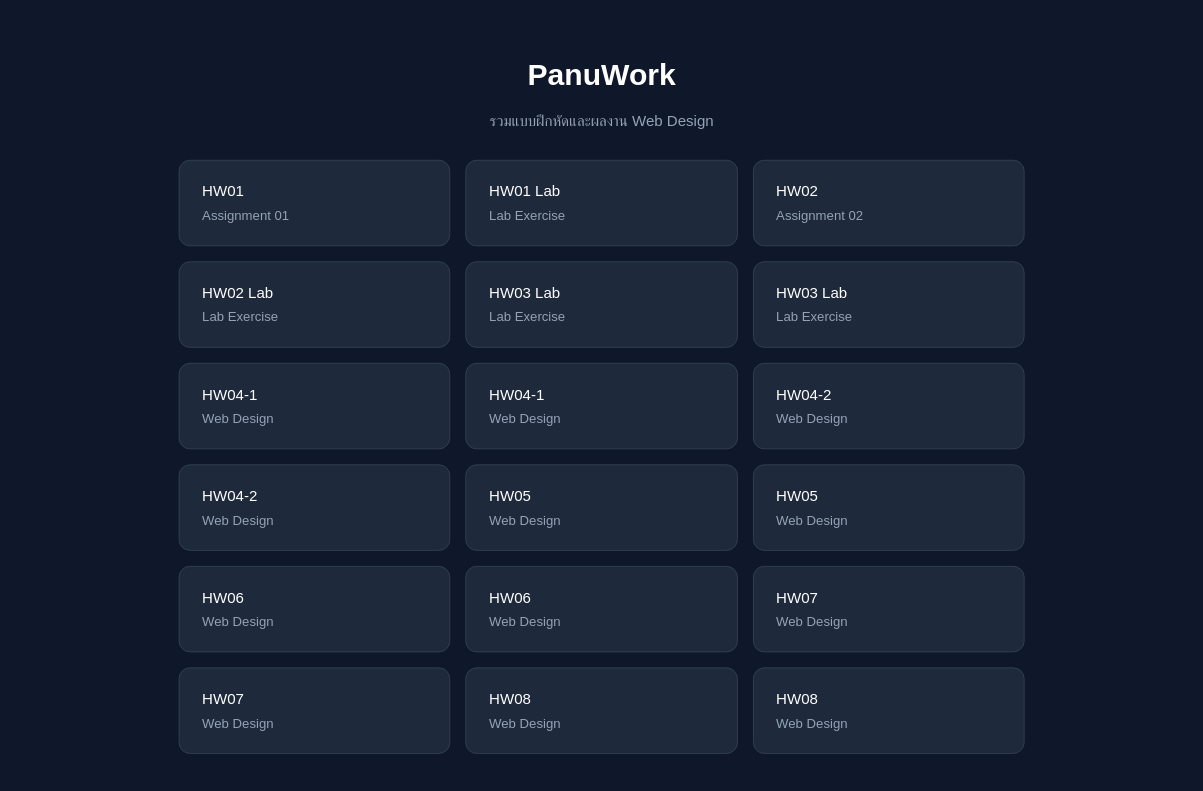
Repository: nuwat-wa/Lab_Ass_WebDesign
Page: index.html
An editor plug-in stored every save of this project. The page is shown before and after a run of saves, followed by the edit.
The browser window is 1280 px wide. The pictures show the whole page, at 94% of full size.

Above is the page before, as saved 2026-10-21 00:14:38.

After the next 9 saves:
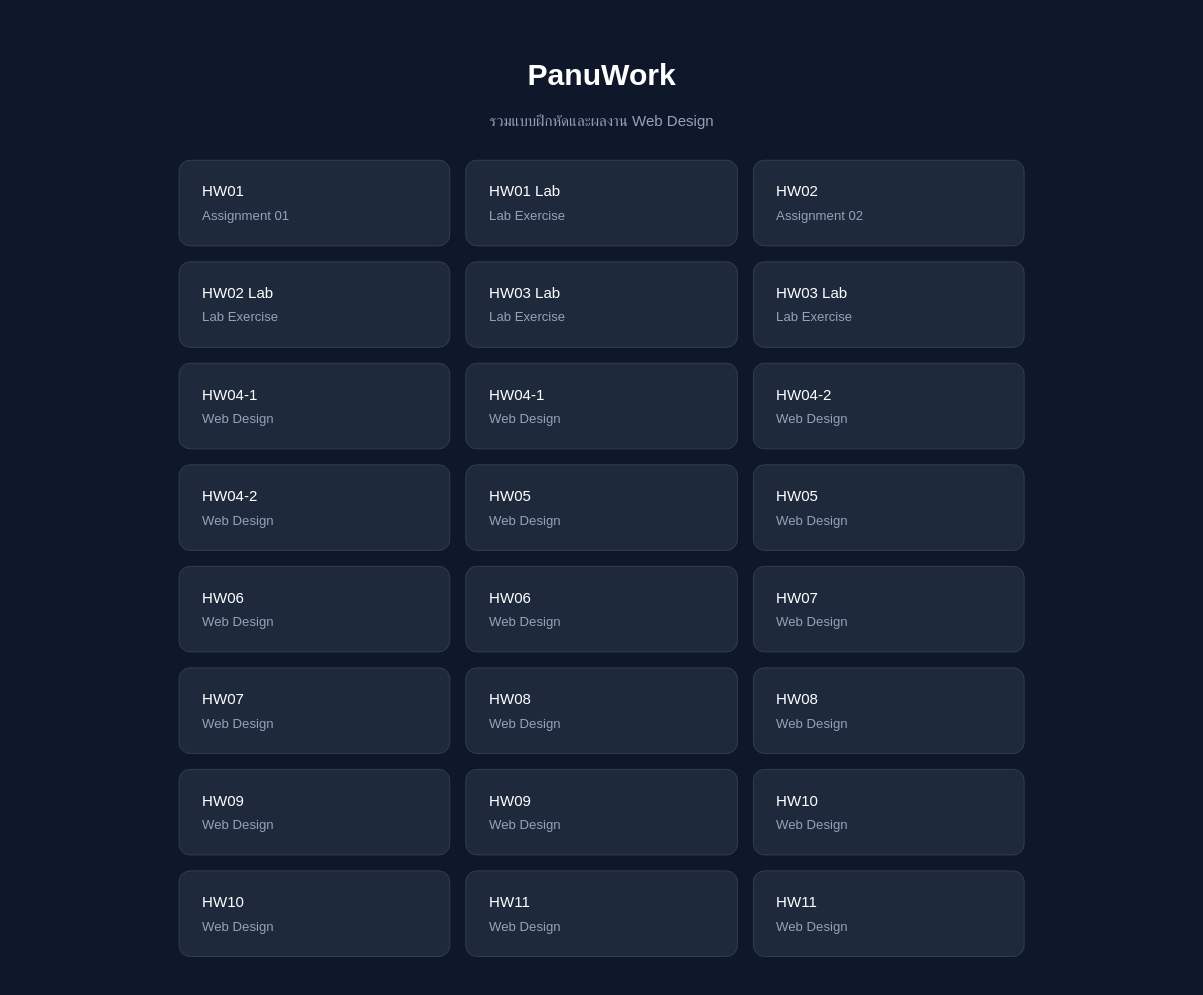
The 9 saves are shown as one change because they came seconds apart.
The last was saved 25 s later.
--- a/index.html
+++ b/index.html
@@ -141,6 +141,30 @@
         <a href="./HW04-1_IT_Sec1/index.html">
           HW08 <span>Web Design</span>
         </a>
+
+        <a href="./HW04-1_IT_Sec1/index.html">
+          HW09 <span>Web Design</span>
+        </a>
+
+        <a href="./HW04-1_IT_Sec1/index.html">
+          HW09 <span>Web Design</span>
+        </a>
+
+        <a href="./HW04-1_IT_Sec1/index.html">
+          HW10 <span>Web Design</span>
+        </a>
+
+        <a href="./HW04-1_IT_Sec1/index.html">
+          HW10 <span>Web Design</span>
+        </a>
+
+        <a href="./HW04-1_IT_Sec1/index.html">
+          HW11 <span>Web Design</span>
+        </a>
+
+        <a href="./HW04-1_IT_Sec1/index.html">
+          HW11 <span>Web Design</span>
+        </a>
       </section>
     </main>
   </body>
